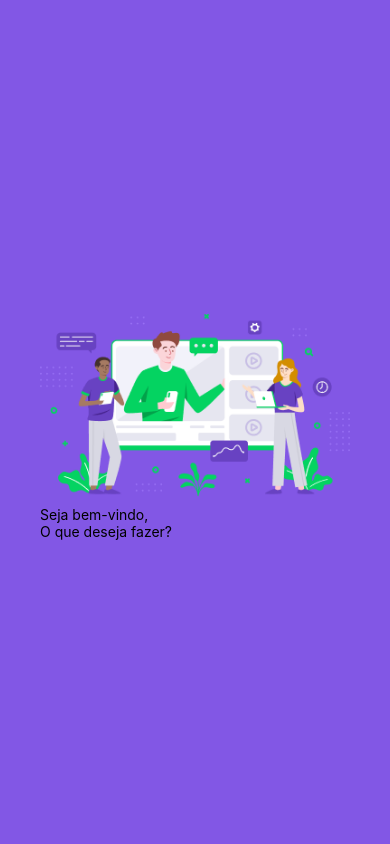
Repository: marciocamello/nlw-proffy-mobile
Screen: /
These files come from the project's save history. The screen is drawn as it stood at one moment and after the next save; the edit follows.
The app was drawn by React Native's web renderer in a window 390 px wide. The project was rebuilt for these pictures with package versions that can differ from the ones it lists, and the page was loaded fresh each time.

Above is the screen before, as saved 2020-08-06 09:03:16.

After the next save:
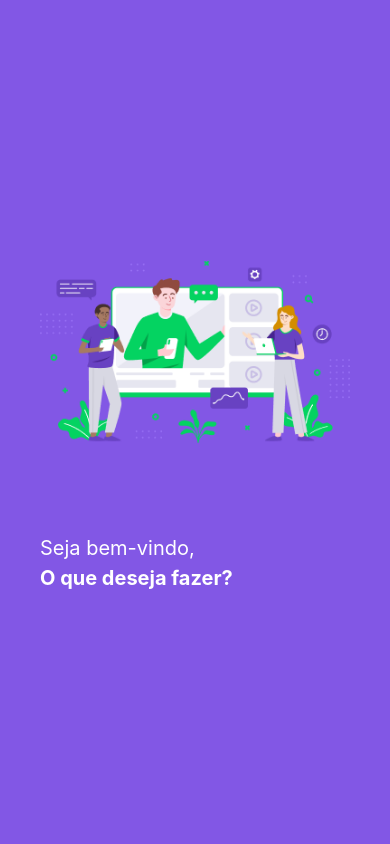
Saved 51 s later.
--- a/src/pages/Landing/styles.ts
+++ b/src/pages/Landing/styles.ts
@@ -14,11 +14,14 @@ const styles = StyleSheet.create({
   },
 
   title: {
-
+    color: '#FFF',
+    fontSize: 20,
+    lineHeight: 30,
+    marginTop: 80
   },
 
   titleBold: {
-
+    fontWeight: 'bold'
   }
 });
 
